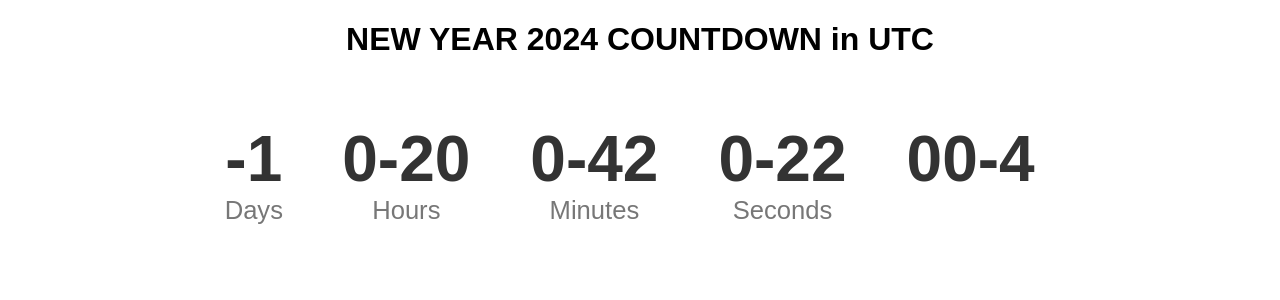
Repository: end888160/end888160.github.io
Page: countdown.html
The author's editor kept a copy of each file at every save. The page is drawn from the files as they stood at one save, then again after the next save.
The browser window is 1280 px wide. The pictures show the whole page.

Above is the page before, as saved 2024-09-22 10:34:27.
Console error: ReferenceError: countdown is not defined

### countdown.html
<!DOCTYPE html>
<html lang="en">
<head>
	<meta charset="UTF-8">
	<meta name="viewport" content="width=device-width, initial-scale=1.0">
	<meta name="description" content="Let's celebrate the New Year!">
	<title>Countdown</title>
	<style>
	.countdown {
		display: flex;
		justify-content: center;
		font-family: Arial, Helvetica, sans-serif;
		font-size: xx-large;
		margin-top: 5%;
		color: #333;
		border-color: white;


	}

	.countdown-item {
		margin: 0 10px;
		text-align: center;

	}

	.countdown-value {
		font-size: 2em;
		font-weight: bold;
		padding-left: 20px;
		padding-right: 20px;

	}

	.countdown-label {
		font-size: 0.8em;
		text-align: center;
		color: #777;
	}
	h1 {
		text-align: center;
		font-family: Arial, Helvetica, sans-serif;
		font-size: xx-large;

	}

	@media (prefers-color-scheme: light) {
		html {
			background-color: white;
			color: black;
		}
		h2 {
			color:white;
		}
	}
	@media (prefers-color-scheme: dark) {
		.countdown-item {
			color: #bbb
		}
		h2 {
			color:black;
		}
		html {
			background-color: black;
			color: white;
		}
	}
	@media only screen and (orientation: portrait) {
		.countdown {
			/* display: inline-flex; */
			display: inline-table;
		}
		.countdown-item {
			display: table-row;
		}
		.countdown-label {
			display: table-cell;
			text-align: left;
		}
		.countdown-value {
			display: table-r;
			padding-top: 15px;
			text-align: right;

		}
		h1 {
			font-size: x-large;
		}
	}
	</style>
</head>

<body>
	<h1 id="header"></h1>
	<div class="countdown">
	<div class="countdown-item">
		<div class="countdown-value" id="days"></div>
		<div class="countdown-label">Days</div>
	</div>
	<div class="countdown-item">
		<div class="countdown-value" id="hours"></div>
		<div class="countdown-label">Hours</div>
	</div>
	<div class="countdown-item">
		<div class="countdown-value" id="minutes"></div>
		<div class="countdown-label">Minutes</div>
	</div>
	<div class="countdown-item">
		<div class="countdown-value" id="seconds"></div>
		<div class="countdown-label">Seconds</div>
	</div>
	<div class="countdown-item">
		<div class="countdown-value" id="mseconds"></div>
		<div class="countdown-label"><br></div>
	</div>
	<div class="countdown-item">
	</div>
</div>

<script>

// Update the count down every 1 second]
if ( new Date().getMonth() + 1 === 1 )  {
    var IfMonth = true
} else {
	var IfMonth = "false"
}
if ( new Date().getDate() === 1 )  {
    var IfDate = true
} else {
	var IfMonth = "false"
}
if ( IfMonth === IfDate ) {
    var countDownTarget = new Date().getFullYear();
} else {
	var countDownTarget = new Date().getFullYear() + 1;
}


var x = setInterval(function countdown() {

	// Set the date we're counting down to
	var countDownDate = new Date("Jan 1, " + countDownTarget + " 00:00:00").getTime();
	var currentTimeZone = Intl.DateTimeFormat().resolvedOptions().timeZone
	var offsetTimeZone = new Date().getTimezoneOffset();

	if (offsetTimeZone > 0){
    var offsetTimeZonem = offsetTimeZone - (Math.floor(offsetTimeZone / 60) * 60);
    } else if (offsetTimeZone < 0){
      var offsetTimeZonem = offsetTimeZone - (Math.ceil(offsetTimeZone / 60) * 60);
    }

    offsetTimeZone = (offsetTimeZone / 60) * (-1);
    if (offsetTimeZone > 0){
       var offsetTimeZone = "+" + offsetTimeZone;
    } else if (offsetTimeZonem < 10){
       var offsetTimeZonem = "0" + offsetTimeZonem;
	}

	// Get today's date and time
	var now = new Date().getTime();

	// Find the distance between now and the count down date
	var distance = countDownDate - now;

	// Time calculations for days, hours, minutes and seconds
	var days = Math.floor(distance / (1000 * 60 * 60 * 24));
	var hours = Math.floor((distance % (1000 * 60 * 60 * 24)) / (1000 * 60 * 60));
	var hour = hours < 10 ? "0" + hours : hours;
	var minutes = Math.floor((distance % (1000 * 60 * 60)) / (1000 * 60));
	var minute = minutes < 10 ? "0" + minutes : minutes;
	var seconds = Math.floor((distance % (1000 * 60)) / 1000);
	var second = seconds < 10 ? "0" + seconds : seconds;
	var mseconds = Math.floor(distance % 1000);
	var msecond = mseconds < 10 ? "0" + "0" + mseconds : mseconds < 100 ? "0" + mseconds : mseconds;

	// Display the result in the element with id="countdown"
	document.getElementById("days").innerHTML = days;
	document.getElementById("hours").innerHTML = hour;
	document.getElementById("minutes").innerHTML = minute;
	document.getElementById("seconds").innerHTML = second;
	document.getElementById("mseconds").innerHTML = msecond;
	if ( currentTimeZone === "UTC" ) {
		document.getElementById("header").innerHTML = "NEW YEAR " + countDownTarget + " COUNTDOWN in " + currentTimeZone;
	} else {
		document.getElementById("header").innerHTML = "NEW YEAR " + countDownTarget + " COUNTDOWN in " + currentTimeZone + " (UTC" + offsetTimeZone + ")";
	}


	// If the count down is finished, write some text
	if (distance < 0) {
		clearInterval(x);
		document.getElementById("countdown").innerHTML = "HAPPY NEW YEAR!";
	}
	setTimeout(countdown, 1);
}, 0);
document.title = "Countdown to " + countDownTarget;
countdown()
</script>
</body>
</html>

After the next save:
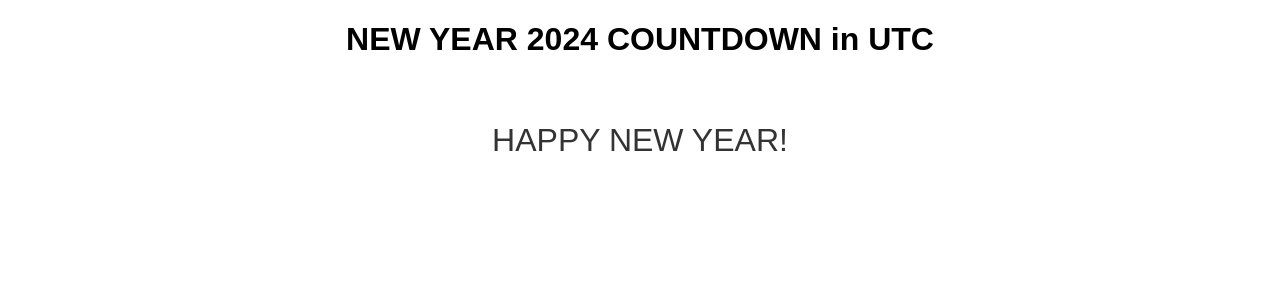
Console error: TypeError: countdown is not a function
Saved 74 s later.
--- a/countdown.html
+++ b/countdown.html
@@ -6,7 +6,7 @@
 	<meta name="description" content="Let's celebrate the New Year!">
 	<title>Countdown</title>
 	<style>
-	.countdown {
+	#countdown {
 		display: flex;
 		justify-content: center;
 		font-family: Arial, Helvetica, sans-serif;
@@ -66,7 +66,7 @@
 		}
 	}
 	@media only screen and (orientation: portrait) {
-		.countdown {
+		#countdown {
 			/* display: inline-flex; */
 			display: inline-table;
 		}
@@ -92,28 +92,31 @@
 
 <body>
 	<h1 id="header"></h1>
-	<div class="countdown">
+
+<div id="countdown">
 	<div class="countdown-item">
 		<div class="countdown-value" id="days"></div>
 		<div class="countdown-label">Days</div>
 	</div>
+
 	<div class="countdown-item">
 		<div class="countdown-value" id="hours"></div>
 		<div class="countdown-label">Hours</div>
 	</div>
+
 	<div class="countdown-item">
 		<div class="countdown-value" id="minutes"></div>
 		<div class="countdown-label">Minutes</div>
 	</div>
+
 	<div class="countdown-item">
 		<div class="countdown-value" id="seconds"></div>
 		<div class="countdown-label">Seconds</div>
 	</div>
+
 	<div class="countdown-item">
 		<div class="countdown-value" id="mseconds"></div>
 		<div class="countdown-label"><br></div>
-	</div>
-	<div class="countdown-item">
 	</div>
 </div>
 
